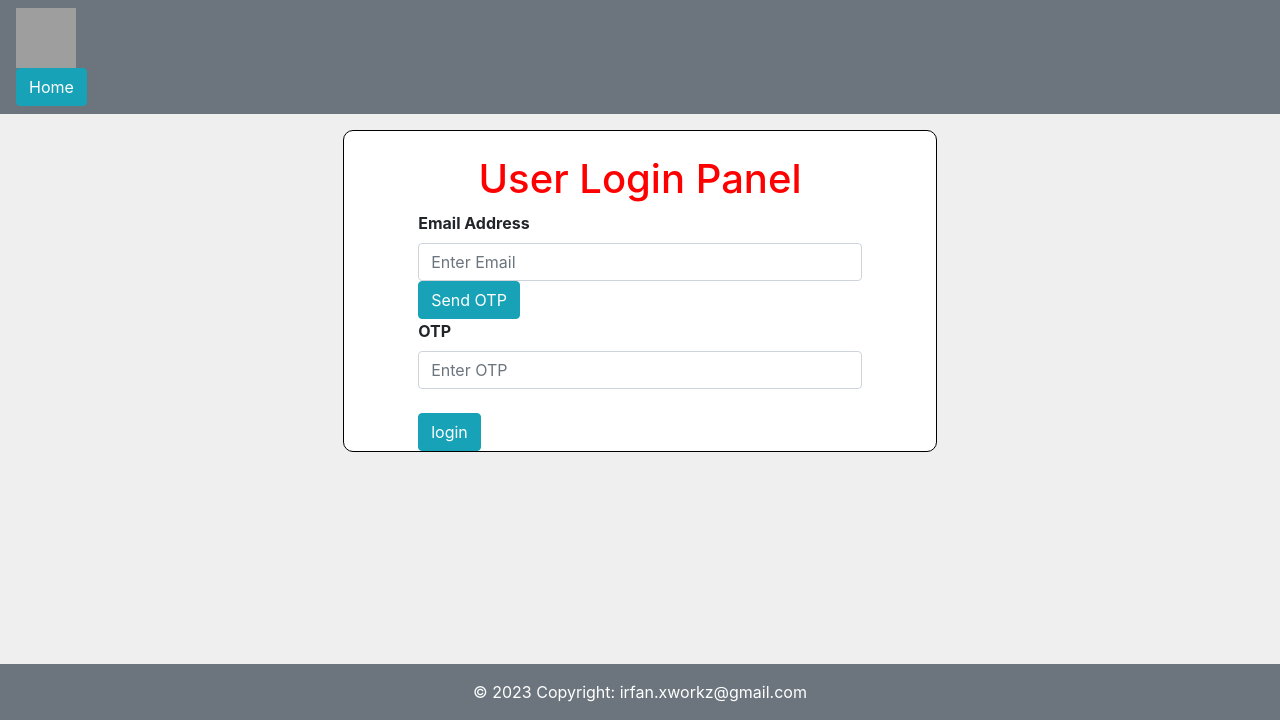
Repository: irfanxworkz/Project
Page: http://localhost/parking/UserLogin.jsp
An editor plug-in stored every save of this project. The page is shown before and after the next save, followed by the edit.
The browser window is 1280 px wide. The pictures show the whole page.
Pictures or frames that could not be fetched are drawn as grey boxes. The page is served by Tomcat 9.

Above is the page before, as saved 2023-07-09 23:52:10.

After the next save:
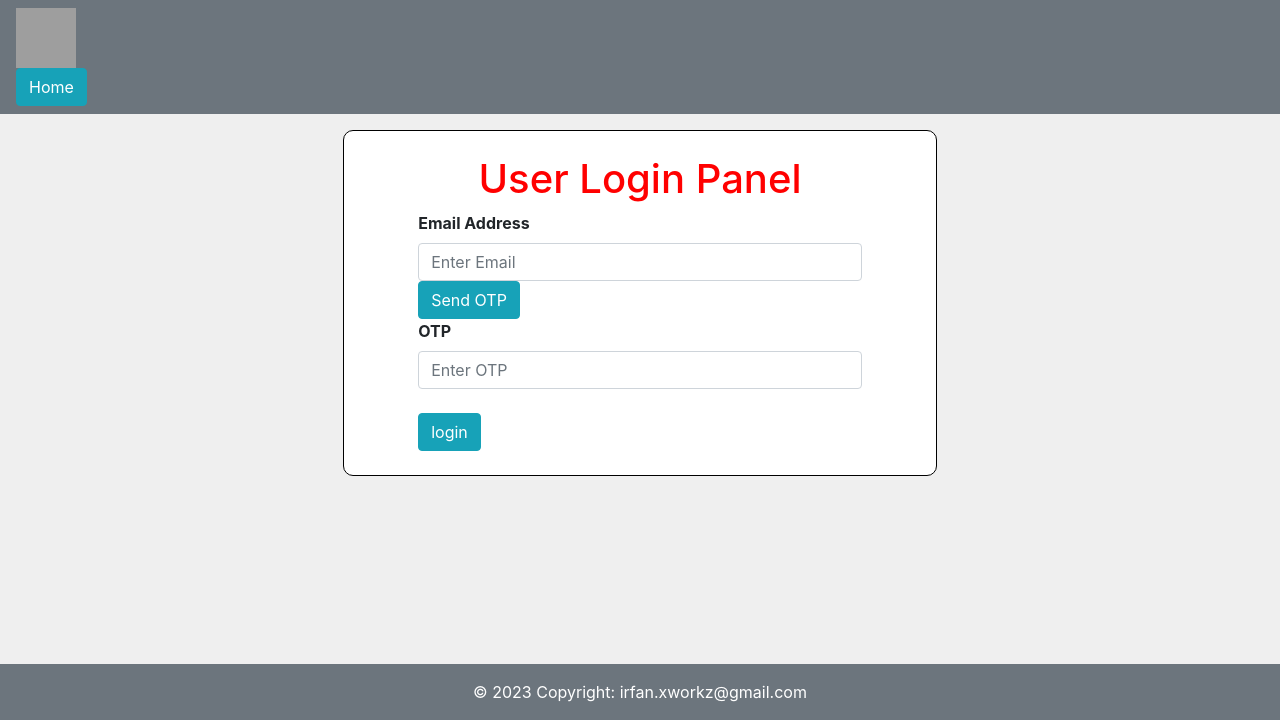
Saved 17 s later.
--- a/parking/src/main/webapp/UserLogin.jsp
+++ b/parking/src/main/webapp/UserLogin.jsp
@@ -27,7 +27,7 @@
 			    <input type="email" name="email" class="form-control" placeholder="Enter Email" required="required"><input type="submit" value="Send OTP" class="btn btn-info"><span style="color: red;">${user }</span><br>
 			<label for="otp"><b>OTP</b></label>
 			    <input type="number" name="otp" class="form-control" placeholder="Enter OTP" required="required"><br>
-			 	 <input type="submit" value="login"  class="btn btn-info">
+			 	 <input type="submit" value="login"  class="btn btn-info"><br>
 			 	<span></span><br>
 			</div>
 		</form>
